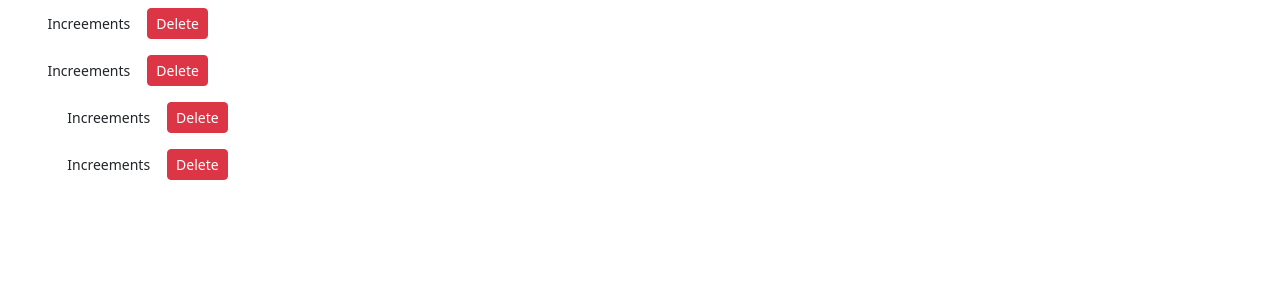
Repository: atulbihari94/counter-app
Page: / (app in counter-app/)
An editor plug-in stored every save of this project. The page is shown before and after the next save, followed by the edit.
The browser window is 1280 px wide. The pictures show the whole page.
The project was rebuilt for these pictures with package versions that can differ from the ones it lists, and the page was loaded fresh each time.

Above is the page before, as saved 2019-09-27 00:37:54.

After the next save:
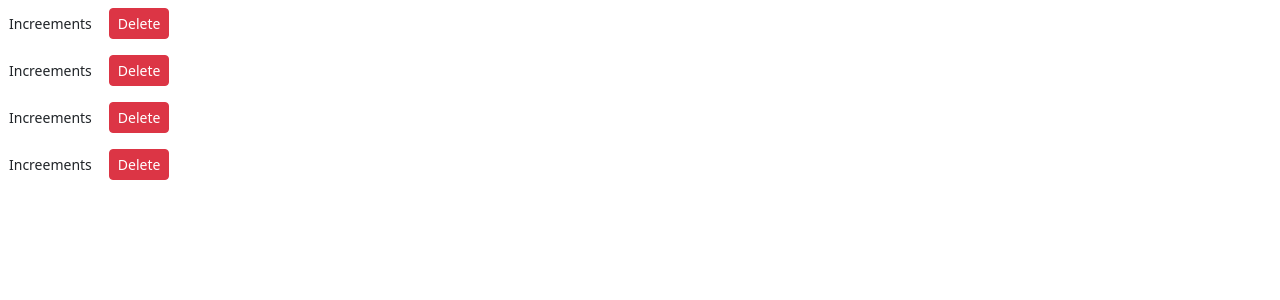
Saved 3 min 26 s later.
--- a/counter-app/src/components/counters.jsx
+++ b/counter-app/src/components/counters.jsx
@@ -11,7 +11,7 @@ class Counters extends Component {
     ]
   };
   handleDelete = counterId => {
-    console.log("Event Handler Called", counterId);
+    // console.log("Event Handler Called", counterId);
     const counters = this.state.counters.filter(c => c.id !== counterId);
     this.setState({ counters: counters });
   };
@@ -22,8 +22,7 @@ class Counters extends Component {
           <Counter
             key={counter.id}
             onDelete={this.handleDelete}
-            value={counter.value}
-            id={counter.id}
+            counter = {counter}
           />
         ))}
       </div>

After the 2 saves that followed:
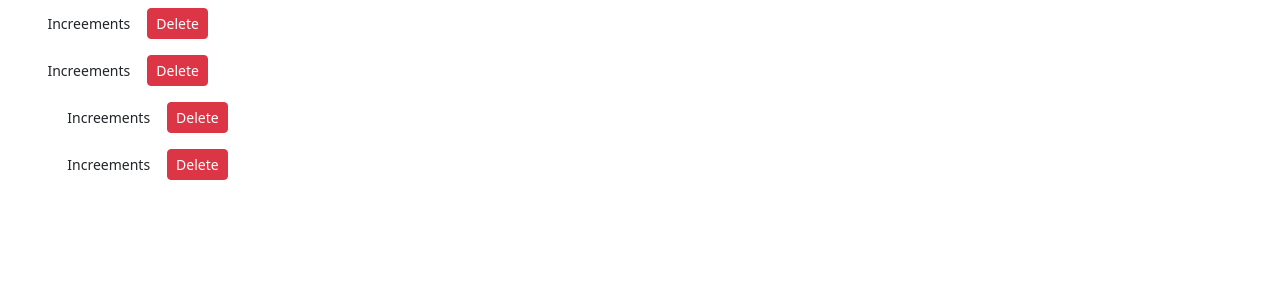
The 2 saves are shown as one change because 1 left the picture as it was.
The last was saved 2 min 10 s later.
--- a/counter-app/src/components/counter.jsx
+++ b/counter-app/src/components/counter.jsx
@@ -1,24 +1,28 @@
 import React, { Component } from "react";
 class Counter extends Component {
-
   state = {
-    value: this.props.value,
+    value: this.props.counter.value
   };
   handleIncreement = product => {
-    this.setState({value:this.state.value + 1})
-  }
+    this.setState({ value: this.state.value + 1 });
+  };
   render() {
-    console.log('props',this.props);
+    console.log("props", this.props);
     return (
       <div>
         <span className={this.getBadgeClasses()}>{this.formatCount()}</span>
         <button
-          onClick={ () => this.handleIncreement()}
+          onClick={() => this.handleIncreement()}
           className="btn btn-secondry btn-sm"
         >
           Increements
         </button>
-        <button onClick = {() => this.props.onDelete(this.props.id)} className="btn btn-danger btn-sm m-2">Delete</button>
+        <button
+          onClick={() => this.props.onDelete(this.props.counter.id)}
+          className="btn btn-danger btn-sm m-2"
+        >
+          Delete
+        </button>
       </div>
     );
   }
